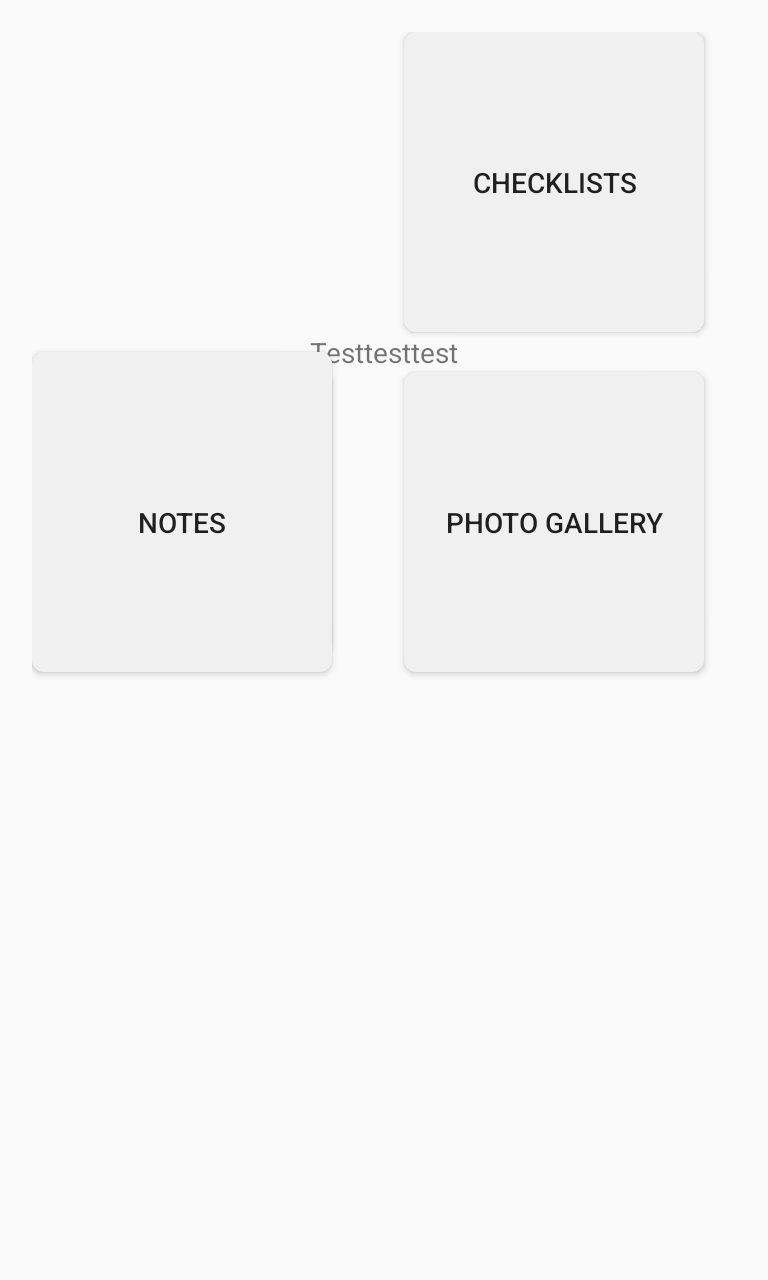
Repository: TheDizzler/shiny-octo-robot
Layout: Qdap/res/layout/fragment_categories.xml
An editor plug-in stored every save of this project. The layout is shown before and after the next save, followed by the edit.
It is drawn on a 768 x 1280 px phone screen (xhdpi) without system bars, with theme AppTheme; the app's code is not run.

Above is the layout before, as saved 2014-05-14 23:41:18.

After the next save:
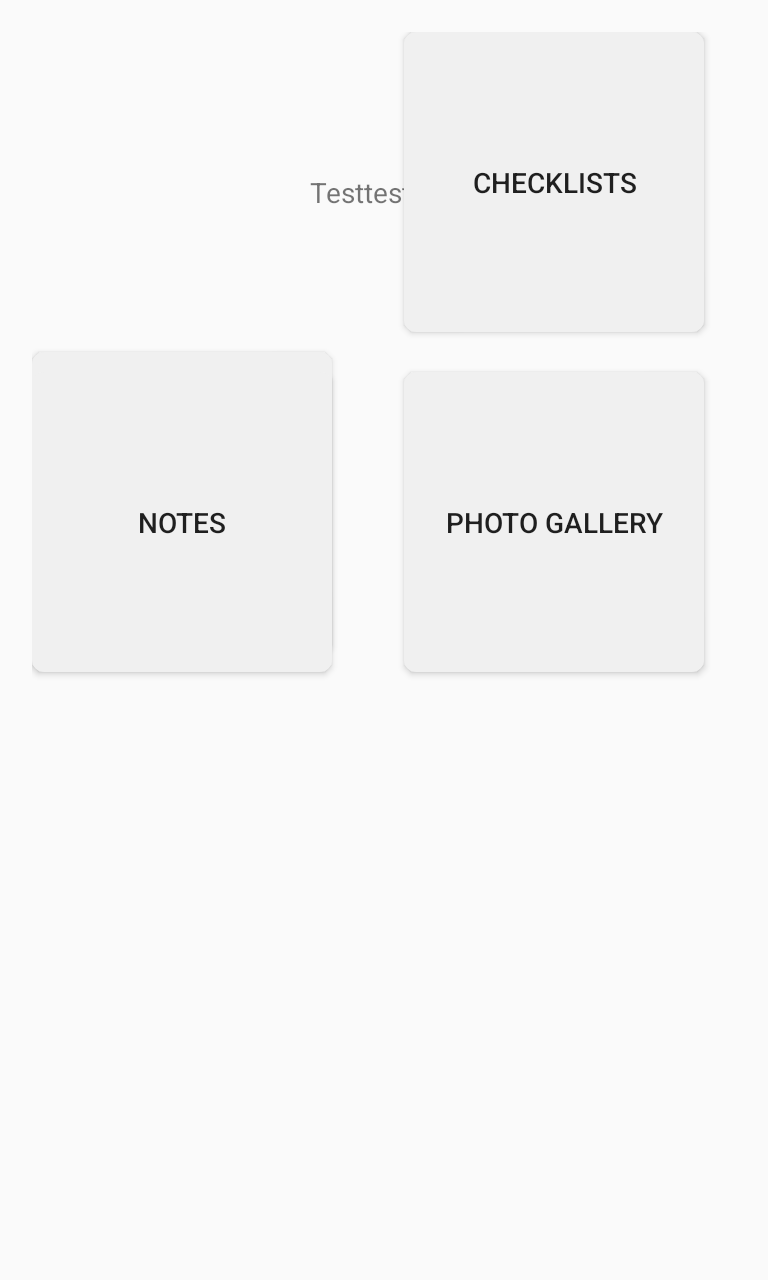
Saved 19 s later.
--- a/Qdap/res/layout/fragment_categories.xml
+++ b/Qdap/res/layout/fragment_categories.xml
@@ -10,7 +10,7 @@
     android:paddingLeft="@dimen/activity_horizontal_margin"
     android:paddingRight="@dimen/activity_horizontal_margin"
     android:paddingTop="@dimen/activity_vertical_margin"
-    android:rowCount="4"
+    android:rowCount="3"
     tools:context="vdindustries.reportsview.Categories$PlaceholderFragment" >
 
     <TextView
@@ -20,7 +20,6 @@
         android:layout_columnSpan="2"
         android:layout_gravity="center"
         android:layout_row="0"
-        android:layout_rowSpan="2"
         android:text="Testtesttest" />
 
     <Space
